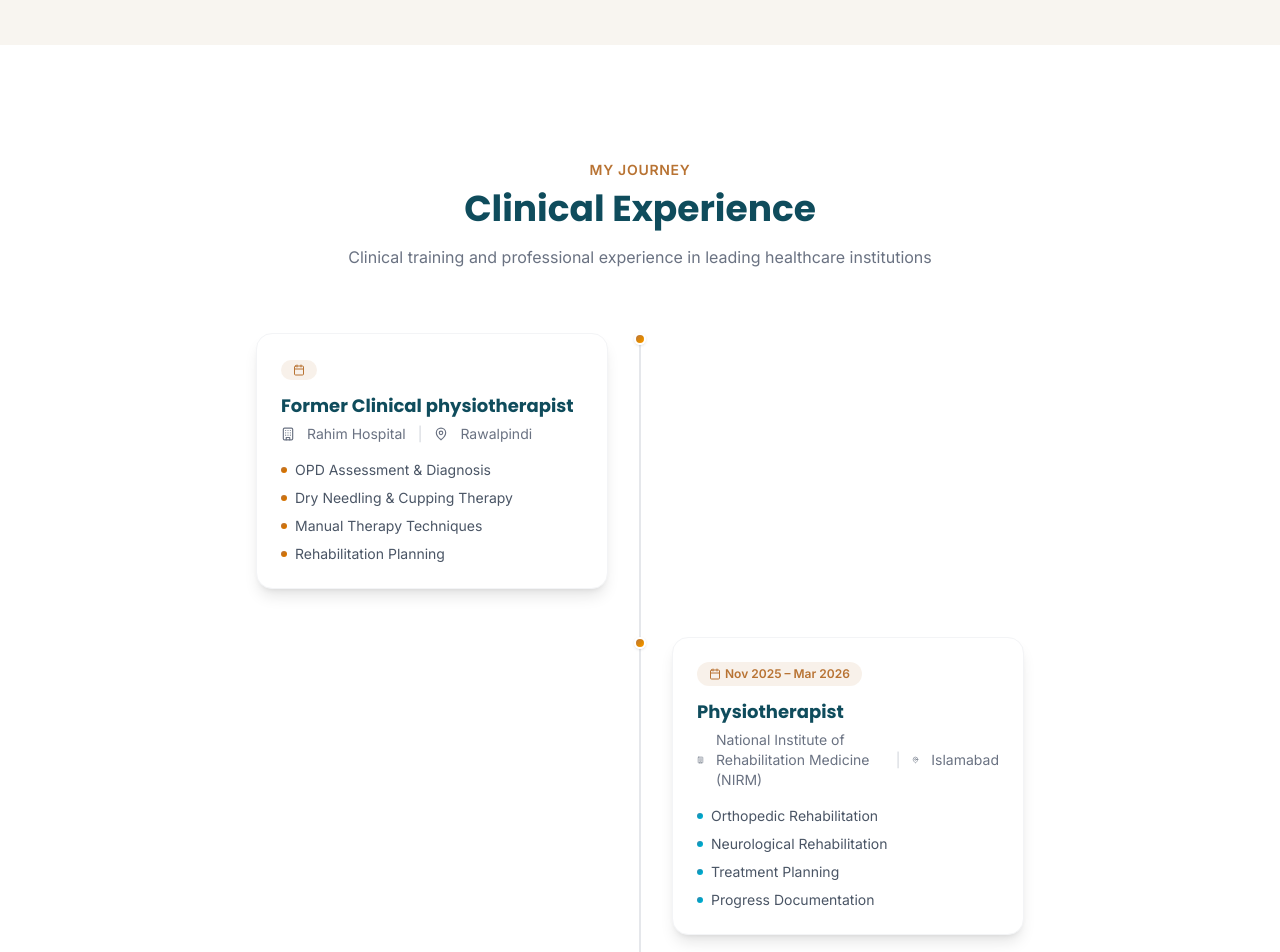
Repository: DaniGull01/dr_ghazala_mushtaq
Page: /
These files come from the project's save history. The page is drawn as it stood at one moment and after the next save; the edit follows.
The browser window is 1280 px wide. The pictures show the part of the page from y = 1685 to 2637 px (the page is 12731 px tall before and 12187 px after).
The project was rebuilt for these pictures with package versions that can differ from the ones it lists, and the page was loaded fresh each time. Also part of the build but not shown: vite.config.js.

Above is the page before, as saved 2026-10-21 19:32:43.

After the next save:
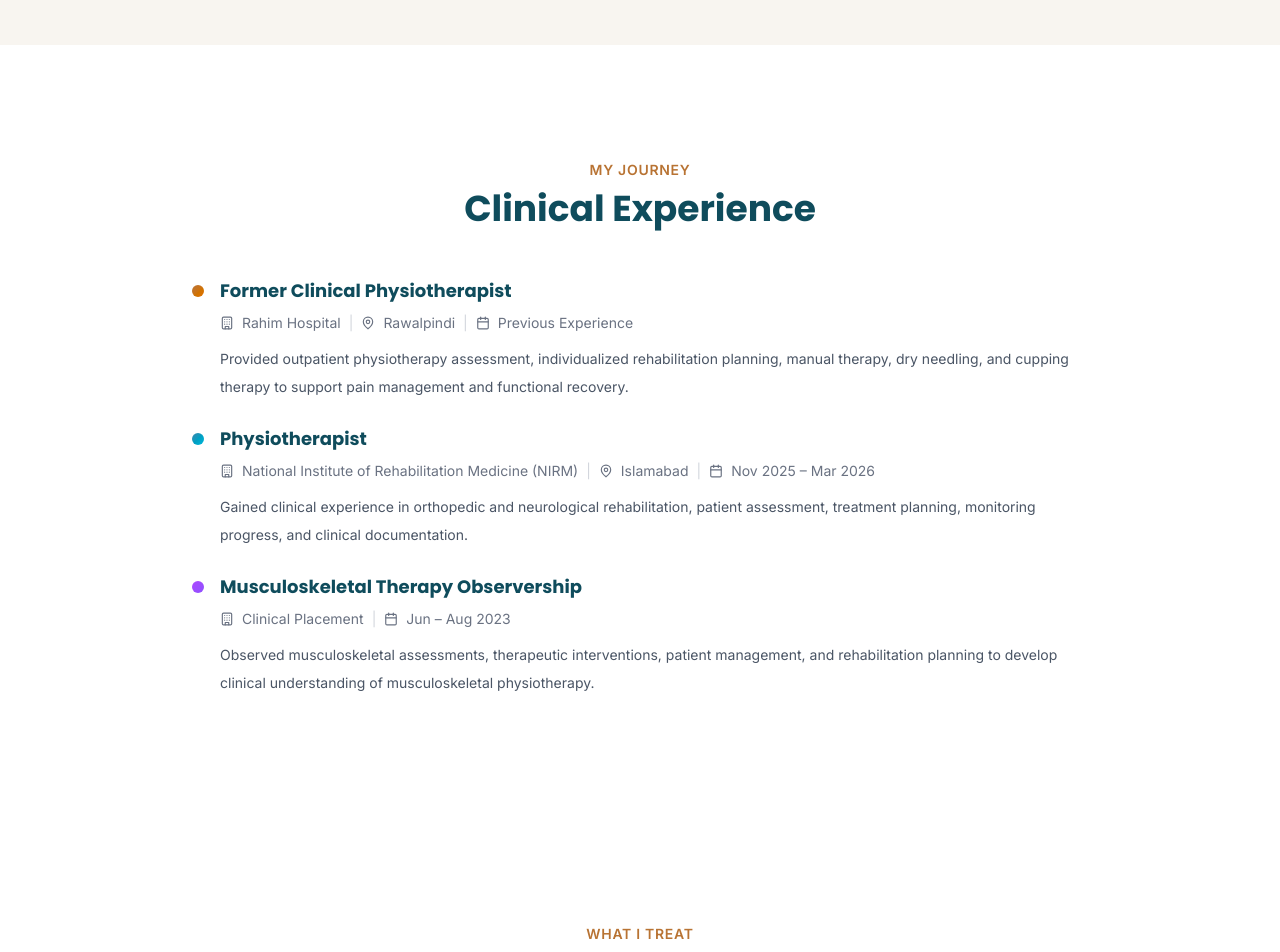
Saved 5 min 21 s later.
--- a/src/components/Experience.jsx
+++ b/src/components/Experience.jsx
@@ -1,44 +1,33 @@
-import { motion } from 'framer-motion'
-import { MapPin, Calendar, Building } from 'lucide-react'
+
+import { Building, MapPin, Calendar } from 'lucide-react'
 
 const experiences = [
   {
-    title: 'Former Clinical physiotherapist',
+    period: 'Previous Experience',
+    title: 'Former Clinical Physiotherapist',
     org: 'Rahim Hospital',
     location: 'Rawalpindi',
+    description:
+      'Provided outpatient physiotherapy assessment, individualized rehabilitation planning, manual therapy, dry needling, and cupping therapy to support pain management and functional recovery.',
     color: 'from-warm-copper to-amber-600',
-    items: [
-      'OPD Assessment & Diagnosis',
-      'Dry Needling & Cupping Therapy',
-      'Manual Therapy Techniques',
-      'Rehabilitation Planning',
-    ],
   },
   {
     period: 'Nov 2025 – Mar 2026',
     title: 'Physiotherapist',
     org: 'National Institute of Rehabilitation Medicine (NIRM)',
     location: 'Islamabad',
+    description:
+      'Gained clinical experience in orthopedic and neurological rehabilitation, patient assessment, treatment planning, monitoring progress, and clinical documentation.',
     color: 'from-medical-blue to-cyan-500',
-    items: [
-      'Orthopedic Rehabilitation',
-      'Neurological Rehabilitation',
-      'Treatment Planning',
-      'Progress Documentation',
-    ],
   },
-
   {
     period: 'Jun – Aug 2023',
     title: 'Musculoskeletal Therapy Observership',
     org: 'Clinical Placement',
     location: '',
+    description:
+      'Observed musculoskeletal assessments, therapeutic interventions, patient management, and rehabilitation planning to develop clinical understanding of musculoskeletal physiotherapy.',
     color: 'from-purple-500 to-violet-500',
-    items: [
-      'Musculoskeletal Assessment',
-      'Therapy Observation',
-      'Patient Management',
-    ],
   },
 ]
 
@@ -46,51 +35,33 @@ export default function Experience() {
   return (
     <section id="experience" className="py-20 lg:py-28 bg-white">
       <div className="max-w-7xl mx-auto px-4 sm:px-6 lg:px-8">
-        <motion.div
-          initial={{ opacity: 0, y: 30 }}
-          whileInView={{ opacity: 1, y: 0 }}
-          viewport={{ once: true }}
-          transition={{ duration: 0.6 }}
-          className="text-center mb-16"
-        >
-          <span className="text-warm-copper font-semibold text-sm tracking-wider uppercase">My Journey</span>
+        <div className="text-center mb-12">
+          <span className="text-warm-copper font-semibold text-sm tracking-wider uppercase">
+            My Journey
+          </span>
+
           <h2 className="text-3xl lg:text-4xl font-heading font-bold text-deep-teal mt-2">
             Clinical Experience
           </h2>
-          <p className="text-gray-500 mt-4 max-w-2xl mx-auto">
-            Clinical training and professional experience in leading healthcare institutions
-          </p>
-        </motion.div>
+        </div>
 
-        <div className="relative max-w-3xl mx-auto">
-          {/* Vertical Line */}
-          <div className="absolute left-0 md:left-1/2 top-0 bottom-0 w-0.5 bg-gray-200 md:-translate-x-px" />
+        <div className="max-w-4xl mx-auto">
+          <ul className="space-y-6">
+            {experiences.map((exp) => (
+              <li key={exp.title} className="flex items-start gap-4">
+                <div
+                  className={`mt-2 w-3 h-3 rounded-full bg-gradient-to-br ${exp.color} flex-shrink-0`}
+                />
 
-          {experiences.map((exp, index) => (
-            <motion.div
-              key={exp.title}
-              initial={{ opacity: 0, x: index % 2 === 0 ? -40 : 40 }}
-              whileInView={{ opacity: 1, x: 0 }}
-              viewport={{ once: true, margin: '-50px' }}
-              transition={{ duration: 0.6, delay: index * 0.1 }}
-              className={`relative flex flex-col md:flex-row gap-6 md:gap-12 mb-12 last:mb-0 ${
-                index % 2 === 0 ? 'md:flex-row' : 'md:flex-row-reverse'
-              }`}
-            >
-              {/* Timeline Dot */}
-              <div className="absolute left-[-5px] md:left-1/2 md:-translate-x-1/2 w-3 h-3 rounded-full bg-gradient-to-br from-warm-copper to-amber-500 border-2 border-white shadow z-10" />
+                <div className="flex-1">
+                  <h3 className="text-lg font-heading font-bold text-deep-teal mb-2">
+                    {exp.title}
+                  </h3>
 
-              {/* Content Card */}
-              <div className={`ml-8 md:ml-0 md:w-1/2 ${index % 2 === 0 ? 'md:pr-8' : 'md:pl-8'}`}>
-                <div className="bg-white rounded-2xl p-6 shadow-lg hover:shadow-xl transition-all duration-300 border border-gray-100">
-                  <span className="inline-flex items-center gap-1 text-xs font-semibold text-warm-copper bg-warm-copper/10 px-3 py-1 rounded-full mb-3">
-                    <Calendar size={12} />
-                    {exp.period}
-                  </span>
-                  <h3 className="text-lg font-heading font-bold text-deep-teal mb-1">{exp.title}</h3>
-                  <div className="flex items-center gap-3 text-gray-500 text-sm mb-4">
+                  <div className="flex flex-wrap items-center gap-2 text-gray-500 text-sm mb-3">
                     <Building size={14} />
                     <span>{exp.org}</span>
+
                     {exp.location && (
                       <>
                         <span className="text-gray-300">|</span>
@@ -98,19 +69,23 @@ export default function Experience() {
                         <span>{exp.location}</span>
                       </>
                     )}
+
+                    {exp.period && (
+                      <>
+                        <span className="text-gray-300">|</span>
+                        <Calendar size={14} />
+                        <span>{exp.period}</span>
+                      </>
+                    )}
                   </div>
-                  <ul className="space-y-2">
-                    {exp.items.map((item) => (
-                      <li key={item} className="flex items-center gap-2 text-gray-600 text-sm">
-                        <div className={`w-1.5 h-1.5 rounded-full bg-gradient-to-br ${exp.color} flex-shrink-0`} />
-                        {item}
-                      </li>
-                    ))}
-                  </ul>
+
+                  <p className="text-gray-600 text-sm leading-7">
+                    {exp.description}
+                  </p>
                 </div>
-              </div>
-            </motion.div>
-          ))}
+              </li>
+            ))}
+          </ul>
         </div>
       </div>
     </section>
